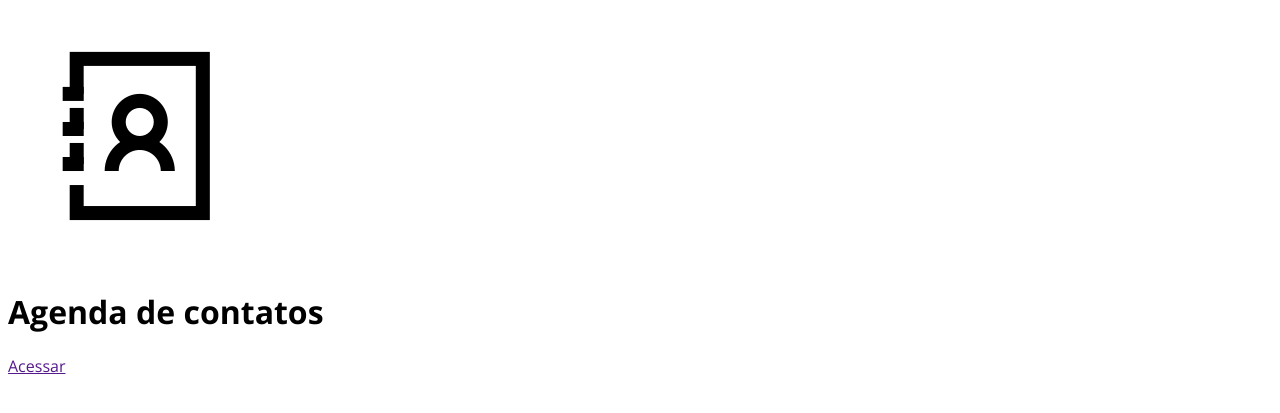
Repository: sergiotales1/agendactt-java
Page: http://localhost/agenda/
These files come from the project's save history. The page is drawn as it stood at one moment and after the next save; the edit follows.
The browser window is 1280 px wide. The pictures show the whole page.
The page is served by Tomcat 9. Other server files are loaded and not shown.

Above is the page before, as saved 2023-11-25 14:14:27.

### agenda/src/main/webapp/index.html
<!DOCTYPE html>
<html lang="pt-br">
<head>
<meta charset="UTF-8">
<title>Agenda de contatos</title>
<link rel="icon" href="imagens/favicon.png">
<link rel="stylesheet" href="style.css">
</head>
<body>
	<img src="imagens/agenda.png">
	<h1>Agenda de contatos</h1>
	<a href="">Acessar</a>
</body>
</html>

### agenda/src/main/webapp/style.css
@charset "UTF-8";
@import url('https://fonts.googleapis.com/css2?family=Open+Sans:wght@400;700&display=swap');

body {
font-family: 'Open Sans', sans-serif;
}

After the next save:
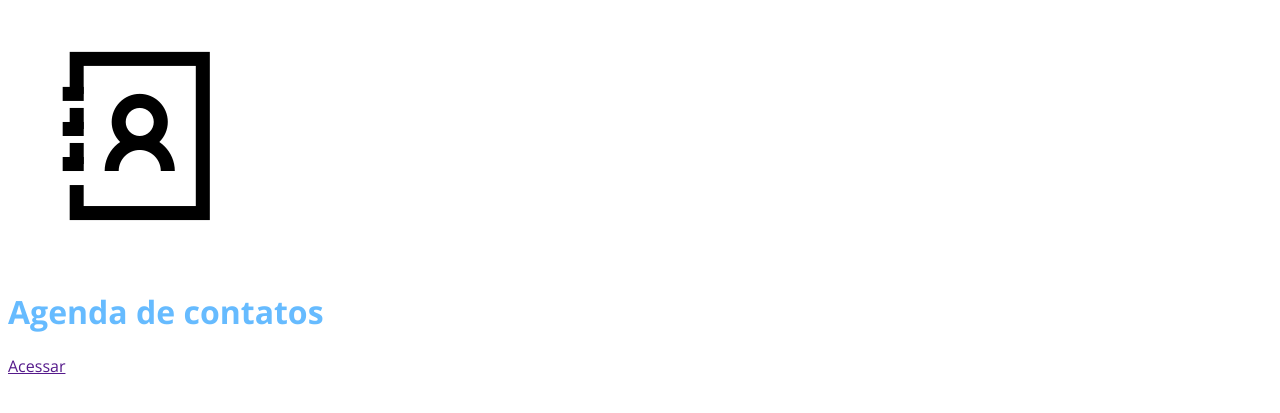
Saved 3 min 11 s later.
--- a/agenda/src/main/webapp/style.css
+++ b/agenda/src/main/webapp/style.css
@@ -2,5 +2,11 @@
 @import url('https://fonts.googleapis.com/css2?family=Open+Sans:wght@400;700&display=swap');
 
 body {
-font-family: 'Open Sans', sans-serif;
+	font-family: 'Open Sans', sans-serif;
+	font-size: 1em;
+	font-weight: 400;
 }
+
+h1{
+	color: #66bbff;
+}
